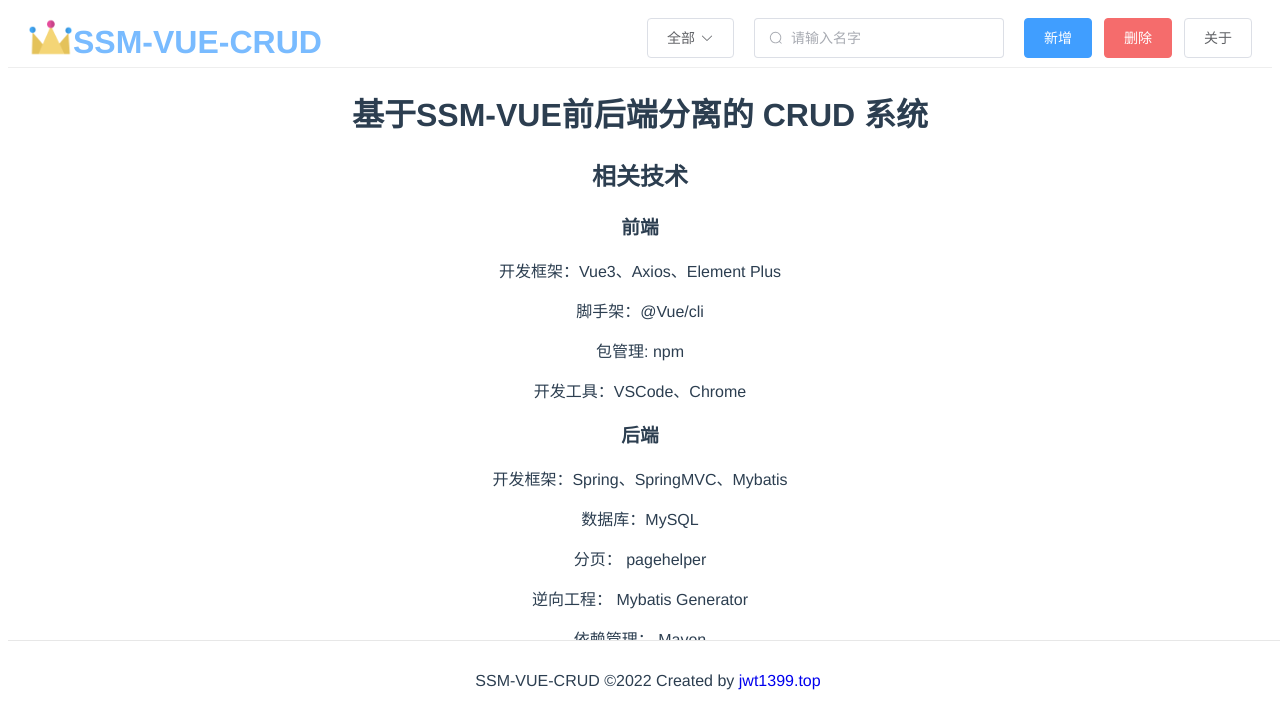
Repository: jwt1399/ssm-vue-crud
Page: /#/about (app in ssm-crud-front/)
These files come from the project's save history. The page is drawn as it stood at one moment and after the next save; the edit follows.
The browser window is 1280 px wide. The pictures show the whole page.
The project was rebuilt for these pictures with package versions that can differ from the ones it lists, and the page was loaded fresh each time. Also part of the build but not shown: ssm-crud-front/vue.config.js, ssm-crud-front/src/components/Form.vue, ssm-crud-front/src/views/CrudView.vue.

Above is the page before, as saved 2022-06-09 13:14:08.

After the next save:
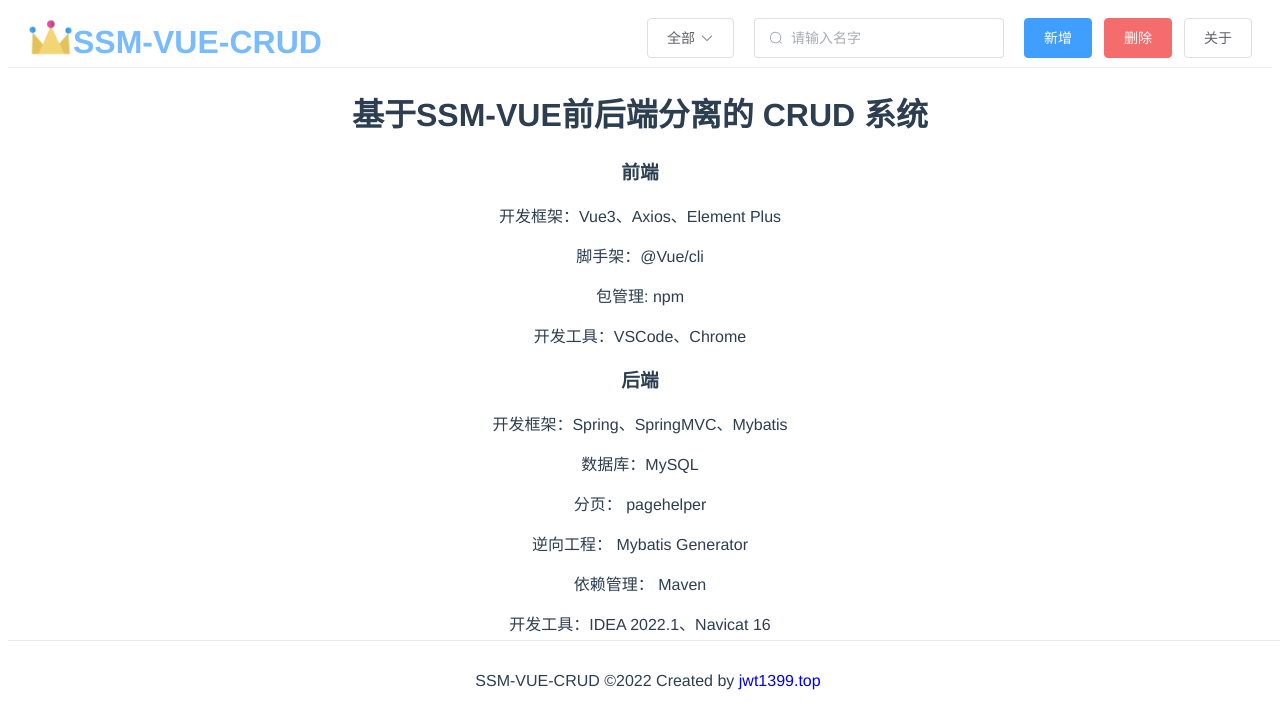
Saved 13 s later.
--- a/ssm-crud-front/src/views/AboutView.vue
+++ b/ssm-crud-front/src/views/AboutView.vue
@@ -1,7 +1,6 @@
 <template>
   <div class="about">
     <h1>基于SSM-VUE前后端分离的 CRUD 系统</h1>
-    <h2>相关技术</h2>
     <h3>前端</h3>
     <p>开发框架：Vue3、Axios、Element Plus</p>
     <p>脚手架：@Vue/cli</p>
